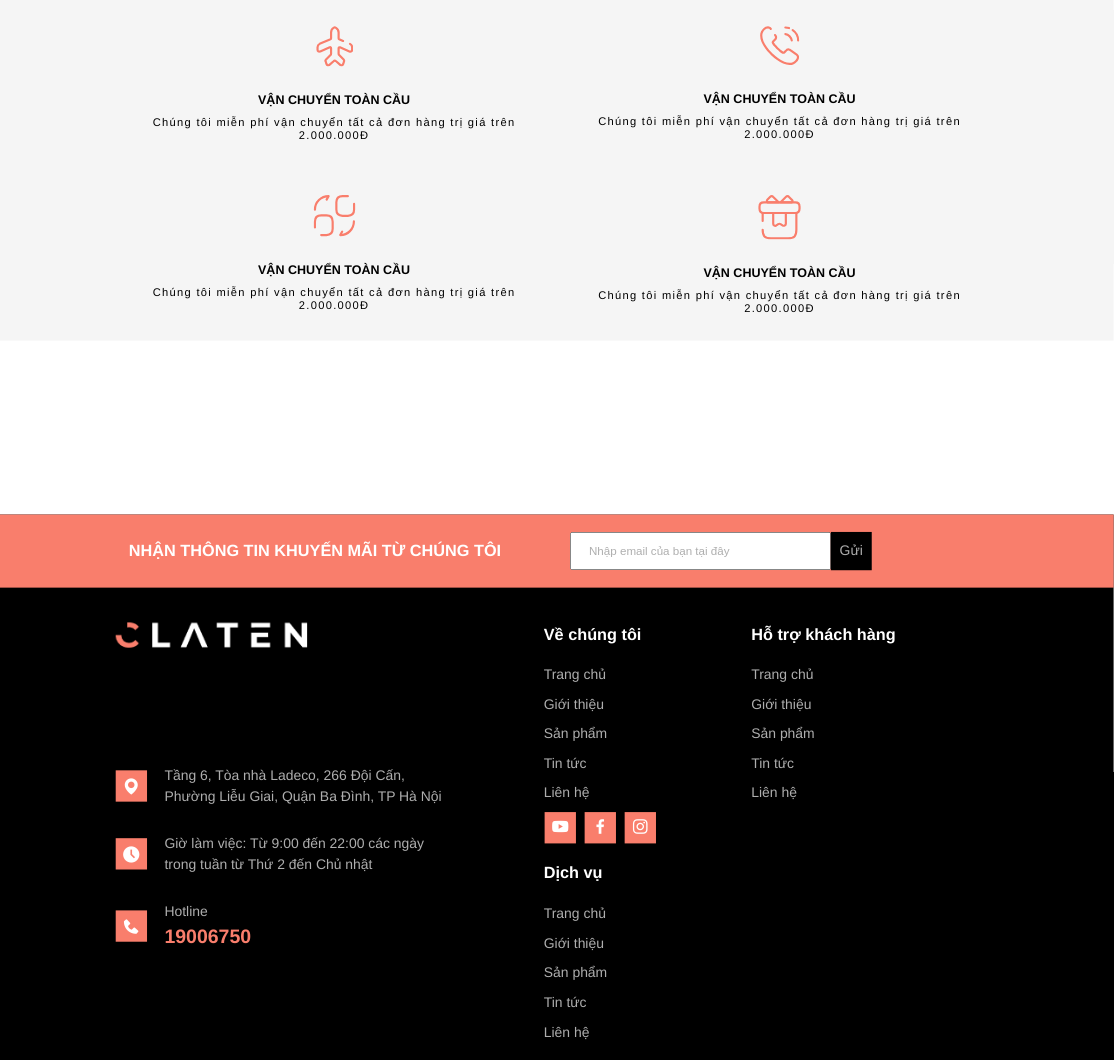
Repository: RennoPMXK/doan
Page: index.html
These files come from the project's save history. The page is drawn as it stood at one moment and after the next save; the edit follows.
The browser window is 1280 px wide. The pictures show the part of the page from y = 573 to 1792 px (the page is 1792 px tall), at 87% of full size.

Above is the page before, as saved 2021-11-16 20:05:34.

### index.html
<!DOCTYPE html>
<html lang="en">
<head>
    <meta charset="UTF-8">
    <meta http-equiv="X-UA-Compatible" content="IE=edge">
    <meta name="viewport" content="width=device-width, initial-scale=1.0">
    <title>Document</title>
    <link rel="stylesheet" href="./grid.css">
    <link rel="stylesheet" href="./style.css">
    <link rel="stylesheet" href="./responsible.css">
    <link href='https://unpkg.com/boxicons@2.0.9/css/boxicons.min.css' rel='stylesheet'>
</head>
<body>
    <div class="navbar">
        <div class="navbar-wrapper">
            <a class="logo">
                <img src="./img/logo.png" alt="">
            </a>

            <div class="navbar-menu mobile-menu">
                <i class='bx bx-x mobile-close-icon'></i>
                <li class="navbar-menu-item"><a class = 'active' href="#">Trang chủ</a></li>
                <li class="navbar-menu-item"><a href="#">Giới thiệu</a></li>
                <li class="navbar-menu-item"><a href="#">Sản phẩm <i class='bx bxs-down-arrow navbar-menu-icon'></i></a>
                    <ul class="navbar-sub-menu">
                        <li class="navbar-sub-menu-item"><a href="">Đồng hồ nam</a></li>
                        <li class="navbar-sub-menu-item"><a href="">Đồng hồ nữ</a></li>
                        <li class="navbar-sub-menu-item"><a href="">Đồng hồ mới về</a></li>
                        <li class="navbar-sub-menu-item"><a href="">Phụ kiện nam</a></li>
                        <li class="navbar-sub-menu-item"><a href="">Phụ kiện nữ</a></li>
                    </ul>
                </li>
                <li class="navbar-menu-item"><a href="#">Tin tức</a></li>
                <li class="navbar-menu-item"><a href="#">Liên hệ</a></li>
            </div>

            <div class="navbar-icon">
                 <li class="navbar-icon-item"><a href=""><i class='bx bx-search-alt'></i></a></li>
                 <li class="navbar-icon-item"><a href=""><i class='bx bx-user'></i></a></li>
                 <li class="navbar-icon-item"><a href="#"><i class='bx bx-shopping-bag bx-tada ' ></i></a></li>
                 <li class="navbar-icon-item"><a href="#"><i class='bx bx-menu-alt-right menu-icon'></i></a></li>

            </div>
        </div>
        <div class="modal"></div>
    </div>

    <section class="hero-section">

             <div class="bgimg slide-item fade" style="background-image: url(./img/1a\(32\).jpg)">
                 <div class="caption">
                     <h2 class="top-down delay-2">
                        ĐỒNG HỒ ROLEX

                     </h2>

                     <p class="top-down delay-4">
                       Lorem ipsum dolor sit amet consectetur adipisicing elit. Aut eligendi voluptates enim tempora cupiditate ex minus aperiam impedit maxime nam. Sunt neque amet veniam vitae adipisci impedit aliquam officia hic.
                     </p>

                     <button class="top-down delay-6">
                         MUA NGAY
                     </button>
                 </div>

             </div>


             <div class="bgimg slide-item fade" style="background-image: url(./img/dong-ho-thoi-trang-rolex-banner.jpg)">
                <div class="caption">
                    <h2>
                        ĐỒNG HỒ ROLEX
                    </h2>

                    <p>
                        Lorem ipsum dolor sit amet consectetur adipisicing elit. Aut eligendi voluptates enim tempora cupiditate ex minus aperiam impedit maxime nam. Sunt neque amet veniam vitae adipisci impedit aliquam officia hic.
                    </p>

                    <button>
                        MUA NGAY
                    </button>
                </div>

             </div>


             <div class="bgimg slide-item fade" style="background-image: url(./img/Banchay_Longines_banner-1024x427.jpg)">
                <div class="caption">
                    <h2>
                        ĐỒNG HỒ ROLEX
                    </h2>

                    <p>
                        Lorem ipsum dolor sit amet consectetur adipisicing elit. Aut eligendi voluptates enim tempora cupiditate ex minus aperiam impedit maxime nam. Sunt neque amet veniam vitae adipisci impedit aliquam officia hic.
                    </p>

                    <button>
                        MUA NGAY
                    </button>
                </div>

             </div>


             <div class="slide-control">
                <div class="slide-control-wrapper">
                    <span class="dot" onclick="chooseSlide(0)"></span>
                    <span class="dot"  onclick="chooseSlide(1)"></span>
                    <span class="dot" onclick="chooseSlide(2)" ></span>

                </div>
             </div>

    </section>

    <section class="hero-section-mini ">
        <div class="container row">
            <div class="hero-section-mini-item col-3 col-md-6 col-sm-6">
                <img src="./img/icon_service_1.svg" alt="">
                 <h3>VẬN CHUYỂN TOÀN CẦU</h3>
                 <p>Chúng tôi miễn phí vận chuyển tất cả đơn hàng trị giá trên 2.000.000Đ</p>
            </div>

            <div class="hero-section-mini-item col-3 col-md-6 col-sm-6">
               <img src="./img/icon_service_2.svg" alt="">
                <h3>VẬN CHUYỂN TOÀN CẦU</h3>
                <p>Chúng tôi miễn phí vận chuyển tất cả đơn hàng trị giá trên 2.000.000Đ</p>
           </div>

           <div class="hero-section-mini-item col-3 col-md-6 col-sm-6">
               <img src="./img/icon_service_3.svg" alt="">
                <h3>VẬN CHUYỂN TOÀN CẦU</h3>
                <p>Chúng tôi miễn phí vận chuyển tất cả đơn hàng trị giá trên 2.000.000Đ</p>
           </div>

           <div class="hero-section-mini-item col-3 col-md-6 col-sm-6">
               <img src="./img/icon_service_4.svg" alt="">
                <h3>VẬN CHUYỂN TOÀN CẦU</h3>
                <p>Chúng tôi miễn phí vận chuyển tất cả đơn hàng trị giá trên 2.000.000Đ</p>
           </div>

        </div>
    </section>

    <div class="footer">
        <div class="footer-contact">
            <div class="container">
                <div class= "footer-contact-content row">
                    <h3 class="col-6 col-md-6 col-sm-12">NHẬN THÔNG TIN KHUYẾN MÃI TỪ CHÚNG TÔI</h3>
                    <div class="form col-6 col-md-6 col-sm-12">
                        <input type="text" placeholder="Nhập email của bạn tại đây"><a href="">Gửi</a></input>

                    </div>

                </div>

            </div>

         </div>
        <div class="container">

            <div class="wrapper row ">
                <div class="footer-logo row col-5 col-md-6 col-sm-12">
                    <a class="footer-img">
                        <img src="./img/logo.png" alt="">
                    </a>

                    <ul class="footer-des">
                           <li class="footes-des-item">
                               <div class="footer-des-icon">
                                    <i class='bx bxs-map'></i>
                               </div>
                               <p>Tầng 6, Tòa nhà Ladeco, 266 Đội Cấn,<br> Phường Liễu Giai, Quận Ba Đình, TP Hà Nội</p>
                           </li>
                           <li class="footes-des-item">
                                <div class="footer-des-icon">
                                    <i class='bx bxs-time-five' ></i>
                                </div>
                               <p>Giờ làm việc: Từ 9:00 đến 22:00 các ngày <br>trong tuần từ Thứ 2 đến Chủ nhật</p>
                           </li>
                           <li class="footes-des-item">
                            <div class="footer-des-icon">
                                <i class='bx bxs-phone' ></i>
                             </div>
                               <p>Hotline<br>
                                   <span>19006750</span>
                               </p>
                           </li>
                    </ul>
                </div>

                <div class="footer-menu row col-7 col-md-6 col-sm-12">
                     <div class="footer-menu-item col-4 col-md-6 col-sm-12">
                         <h3>Về chúng tôi</h3>
                         <ul>
                            <li><a href="">Trang chủ</a></li>
                            <li><a href="">Giới thiệu</a></li>
                            <li><a href="">Sản phẩm</a></li>
                            <li><a href="">Tin tức</a></li>
                            <li><a href="">Liên hệ</a></li>
                         </ul>

                         <div class="footer-social">
                            <li><a href=""><i class='bx bxl-youtube' ></i></a></li>
                            <li><a href=""><i class='bx bxl-facebook' ></i></a></li>
                            <li><a href=""><i class='bx bxl-instagram' ></i></a></li>
                       </div>
                     </div>

                     <div class="footer-menu-item col-4 col-md-6 col-sm-12">
                        <h3>Hỗ trợ khách hàng</h3>
                        <ul>
                           <li><a href="">Trang chủ</a></li>
                           <li><a href="">Giới thiệu</a></li>
                           <li><a href="">Sản phẩm</a></li>
                           <li><a href="">Tin tức</a></li>
                           <li><a href="">Liên hệ</a></li>
                        </ul>
                    </div>

                    <div class="footer-menu-item col-4 col-md-6 col-sm-12">
                        <h3>Dịch vụ</h3>
                        <ul>
                           <li><a href="">Trang chủ</a></li>
                           <li><a href="">Giới thiệu</a></li>
                           <li><a href="">Sản phẩm</a></li>
                           <li><a href="">Tin tức</a></li>
                           <li><a href="">Liên hệ</a></li>
                        </ul>
                    </div>



                </div>


            </div>
        </div>
    </div>


    <script src="./app.js"></script>
</body>
</html>

### grid.css
.row {
    display: flex;
    flex-wrap: wrap;
    margin: 0 -15px;
}

[class*="col-"] {
    padding: 0 15px;
}

.col-1 {
    width: 8.33%;
}

.col-2 {
    width: 16.66%;
}

.col-3 {
    width: 25%;
}

.col-4 {
    width: 33.33%;
}

.col-5 {
    width: 41.66%;
}

.col-6 {
    width: 50%;
}

.col-7 {
    width: 58.33%;
}

.col-8 {
    width: 66.66%;
}

.col-9 {
    width: 75%;
}

.col-10 {
    width: 83.33%;
}

.col-11 {
    width: 91.66%;
}

.col-12 {
    width: 100%;
}

/* MEDIUM SCREEN */

@media only screen and (max-width: 1280px) {
    .col-md-1 {
        width: 8.33%;
    }

    .col-md-2 {
        width: 16.66%;
    }

    .col-md-3 {
        width: 25%;
    }

    .col-md-4 {
        width: 33.33%;
    }

    .col-md-5 {
        width: 41.66%;
    }

    .col-md-6 {
        width: 50%;
    }

    .col-md-7 {
        width: 58.33%;
    }

    .col-md-8 {
        width: 66.66%;
    }

    .col-md-9 {
        width: 75%;
    }

    .col-md-10 {
        width: 83.33%;
    }

    .col-md-11 {
        width: 91.66%;
    }

    .col-md-12 {
        width: 100%;
    }
}

/* SMALL SCREEN */

@media only screen and (max-width: 850px) {
    .col-sm-1 {
        width: 8.33%;
    }

    .col-sm-2 {
        width: 16.66%;
    }

    .col-sm-3 {
        width: 25%;
    }

    .col-sm-4 {
        width: 33.33%;
    }

    .col-sm-5 {
        width: 41.66%;
    }

    .col-sm-6 {
        width: 50%;
    }

    .col-sm-7 {
        width: 58.33%;
    }

    .col-sm-8 {
        width: 66.66%;
    }

    .col-sm-9 {
        width: 75%;
    }

    .col-sm-10 {
        width: 83.33%;
    }

    .col-sm-11 {
        width: 91.66%;
    }

    .col-sm-12 {
        width: 100%;
    }
}

### style.css
:root {
    --orangeprime : #F97E6C;
    --blackrgba : rgba(0, 0, 0, 0.945);
    --footer-color : #AEAEAE;
    --mini-hero-color : #f5f5f5;
}

html {
box-sizing: border-box;
}
*{
margin: 0;
padding: 0;
}
*,*:before,*:after {
box-sizing: border-box;
}
input,
textarea,
select,
button{
outline: none;
}
input{
line-height: normal;
}
label,
button{
cursor: pointer;
}
a {
text-decoration: none;

}
img {
display: block;

}

ul{
    list-style-type: none;
}

body {
    font-family: Montserrat,"Helvetica Neue",Helvetica;
}

span {
    color: var(--orangeprime);
    cursor: pointer;
    transition : all 0.3s linear;
    font-size: 1.4rem;
    font-weight: bold;
}

span:hover {
    color : white
}

li {
    list-style-type: none;
}

.container {
    margin : 0 auto;
    padding: 0 10%;
}
/* navbar */

.navbar {
    background-color: black;
    position: relative;

}

.navbar-wrapper {
   padding : 20px 0px;
   display: flex;
   align-items: center;
   justify-content: space-evenly;
}

.navbar-menu {
    display: flex;
    list-style-type: none;
}

.navbar-menu-icon {
    font-size: 0.5rem;
    transform: translateY(-2.5px);
    transition : 0.2s linear;
}

.navbar-menu-icon{
    transition: 0.2s ease-in-out;
}

.navbar-menu-icon.active {
    transform: rotate(-180deg);
}

.navbar-menu-item {
    position: relative;
}

.navbar-menu-item a.active {
    color: var(--orangeprime);
}

.navbar-menu-item ~ .navbar-menu-item {
    margin-left: 30px;
}

.navbar-menu-item a {
    color: white;
    font-size: 1rem;
    transition: 0.2s ease-in-out;
    letter-spacing: 1px;
}


.navbar-menu-item a:hover {
    color : var(--orangeprime);
}

.navbar-menu-item:nth-child(3) {
    position: relative;
}



.navbar-sub-menu{
    width: 150px;
    position: absolute;
    list-style-type: none;
    padding : 20px;
    background-color: var(--blackrgba);
    top: 30px;
    z-index: 100;
    display : none;
    transition: all 0.2s ease-in-out;
}


.navbar-menu-item:active .navbar-sub-menu {
    display : block;
    top: 30px;
}




.navbar-sub-menu-item {
   margin : 10px 0;
}

.navbar-sub-menu.active {
    display : block;
}

.navbar-sub-menu-item a {
    font-size: 0.8rem;
    letter-spacing: 1.2px;
}

.navbar-icon {
    display: flex;
    list-style-type: none;
}

.navbar-icon-item ~ .navbar-icon-item {
    margin-left: 25px;
}

.navbar-icon-item a {
    color : white;
    font-size: 1.5rem;
    transition: 0.2s ease-in-out;
}

.navbar-icon-item a:hover {
    color : var(--orangeprime);
}

.navbar-icon-item:last-child {
    display: none;
}

.mobile-close-icon {
    display: none;
}

/* section-hero */

.hero-section {
    position: relative;
    height: 70vh;
}


.bgimg {
    height: 100%;
    position: relative;
    background-position: center;
    background-repeat: no-repeat;
    background-size: cover;
    display: flex;
}

.bgimg::after {
    content : '\A';
    position : absolute;
    width: 100%;
    height : 100%;
    top: 0;
    left : 0;
    background-color: rgba(0, 0, 0, 0.8);
}

.caption {
    position: absolute;
    top: 48%;
    left: 25%;
    transform: translate(-50% , -50%) ;
    text-align: left;
    z-index: 10;
    width: 34.7%;
}

.caption h2 {
    line-height: 1.5;
    color: white;
    margin-bottom: 20px;
    text-transform: uppercase;
    font-size: 2.1rem;
    letter-spacing: 1.2px;
}

.caption p {
    text-align: left;
    color : white;
    font-size: 1.2rem;
    letter-spacing: 1.2px;
    line-height: 1.5;
}

.caption button {
    background-color: white;
    border: 1px solid  transparent;
    color : red;
    padding : 10px 40px;
    font-size: 16px;
    font-weight: bold;
    text-transform: uppercase;
    margin-top: 30px;
    transition : background-color 0.5s ease , color 0.5s ease , width 0.6s;
}

.caption button:hover {
    color : white;
    cursor: pointer;
    background-color:  red;
}

.caption button:focus {
    outline : none;
}

.dot {
    cursor: pointer;
    height: 10px;
    width: 10px;
    margin: 0 2px;
    background-color: white;
    border-radius: 5px;
    display: inline-block;
}

.dot:hover {
    background-color: red;
}

.dot.active {
    background-color: red;
    width: 30px;
}

.slide-control {
    position: absolute;
    left: 50%;
    transform : translateX(-50%);
    bottom: 20px;
    width: 10px;
    text-align: center;
}

.slide-control-wrapper{
    display: inline-flex;
}

.slide-item {
    display: none;
}


.top-down {
    transform: translateY(-50px);
    visibility: hidden;
    opacity: 0;
    transition: 0.5s ease-in-out ;
}

.delay-2 {
    transition-delay: 0.2s;
}

.delay-4 {
    transition-delay: 0.4s;
}


.delay-6 {
    transition-delay: 0.6s;
}


.delay-8 {
    transition-delay: 0.8s;
}

.slide-item.active .top-down{
    transform: translateY(0);
    visibility: visible;
    opacity: 1;
}

/* mini hero section */

.hero-section-mini{
   background-color: var(--mini-hero-color);
}

.hero-section-mini-item {
    display: flex;
    padding: 30px;
    gap: 10px;
    flex-direction:column;
    align-items: center;
    text-align: center;
}

.hero-section-mini-item img {
    margin-bottom: 20px;
    transition: 0.3s linear;
}

.hero-section-mini-item:hover img {
    transform: translateY(-10px);
}

.hero-section-mini-item h3 {
   font-size: 0.9rem;
}

.hero-section-mini-item p {
   font-size: 0.8rem;
   line-height: 1.2;
   letter-spacing: 1.5px;
}
/* footer */
.footer {
    color: var(--footer-color);
    margin-top: 200px;
    background-color: black;
    line-height: 1.5;
}

.footer-contact {
    background-color: var(--orangeprime);


}

.footer-contact h3 {
  color :white;
}

.footer-contact-content {
    padding : 20px;
    display: flex;
    justify-content: space-around;
    align-items: center;
    flex-wrap: wrap;
}

.form input {
    padding: 10px 20px;
    width: 300px;
}

.form a {
    padding: 10px;
    background-color: black;
    color : white;
}

.form {
    display: flex;
    flex-wrap: nowrap;
}

::placeholder {
    color: var(--footer-color);
}

.footer a {
    color: var(--footer-color);
    transition : 0.3s linear;
}

.footer a:hover {
    color: var(--orangeprime);
}

.footer-menu h3 {
    margin-top: 20px;
    color : white;
    margin-bottom: 20px;
}

.wrapper {
    padding: 20px;
    position: relative;
}


.footes-des-item {
    margin-top: 30px;
    display : flex;
    align-items: center;
}

.footer-des-icon {
    display : flex;
    align-items: center;
    justify-content:center;
    width: 36px;
    height : 36px;
    background-color: var(--orangeprime);
    margin-right: 20px;
}

.footer-des-icon i {
    font-size: 1.4rem;
    color : white;

}


.footer-menu-item li {
    margin-top: 10px;
}

.footer-social {
    display : flex;
    transform: translateX(-9px);
}

.footer-img{
    margin-top: 20px;
}

.footer-social li  {
    display : flex;
    align-items: center;
    justify-content:center;
    text-align: center;
    margin-left: 10px;
    width: 36px;
    height : 36px;
    background-color: var(--orangeprime);
}

.footer-social li a {
   color : white;
   font-size: 1.4rem;
}

.footer-social li:hover a {
    color : white;
 }

 /* fade animation */

 .fade {
     animation-name: fade;
     animation-duration: 1s;
     -webkit-animation-name: fade;
     -webkit-animation-duration: 1s;
 }

 @keyframes fade {
     from { opacity: 0.4
    } to {
        opacity: 1
    }
 }

 @-webkit-keyframes fade {
    from { opacity: 0.4
   } to {
       opacity: 1
   }
}

### responsible.css


/* Tablet */

@media only screen and (max-width: 1024px){
   .navbar-menu {
       display: none;

   }

   .navbar-wrapper {
        justify-content: space-around;
   }


   .navbar-icon-item:last-child {
        display: block;
   }


   .navbar-menu {
    padding : 20px;
    width: 40vw;
    background-color: black;
    display: block;
    position: fixed;
    top: 60px;
    left: 0;
    height: 100vh;
    min-width: 300px;
}

    .navbar-menu-item {
        margin-left: 30px;
        padding: 20px;
    }

    .navbar-sub-menu{
        position: initial;
    }


    .mobile-menu {
        transform : translateX(-100%);
        transition: 0.4s ease-in-out;
        z-index: 100;
    }

    .mobile-menu.active {
        transform : translateX(0);
    }

    .modal {
        display: none;
        position: fixed;
        top: 0;
        bottom: 0;
        right: 0;
        left: 0;
        background-color: rgba(14, 13, 13, 0.6);
    }

    .modal.active {
        display : block
    }

    .mobile-close-icon {
        cursor: pointer;
        font-size: 1.5rem;
        display: block;
        color: white;
        position: absolute;
        top: 5px;
        right:10px;
    }


}


/* Mobile */

@media only screen and (max-width: 740px) {
  .logo img{
      height: 15px;
      transform: translateY(-9px);
  }

  .navbar-icon-item a {
    color : white;
    font-size: 1.2rem;
    transition: 0.2s ease-in-out;
  }

  .navbar-icon-item a:hover {
    color : white;
  }

  .caption {
      width: 40%;
      text-align: left;
  }

  .caption h2 {
      font-size: 1.8rem;
  }

  .caption p {
      font-size: 0.9rem;
  }

  .caption button {
      font-size: 0.8rem;
      width: 100%;

  }

}

### app.js
// Menu effect

var navbarItem= document.querySelectorAll('.navbar-menu-item a')
var subMenu= document.querySelector('.navbar-sub-menu')
var iconmenu = document.querySelector('.navbar-menu-item i')
var menuMobie = document.querySelector('.menu-icon')
var overlayMenu = document.querySelector('.mobile-menu')
var modal = document.querySelector('.modal')
var closeMobile = document.querySelector('.mobile-close-icon')
console.log(navbarItem[2])
navbarItem[2].addEventListener('click', function(){
  subMenu.classList.toggle('active');
  iconmenu.classList.toggle('active');
})

menuMobie.addEventListener("click" , function(){
   overlayMenu.classList.add('active');
   modal.classList.add('active');
})

closeMobile.addEventListener('click', function(){
    overlayMenu.classList.remove('active');
    modal.classList.remove('active');
})

navbarItem.forEach(function(item , index){
  item.onclick = function(){
    document.querySelector('.navbar-menu-item a.active').classList.remove('active');
    this.classList.add('active')
  }
})

const $ = document.querySelector.bind(document)
const $$ = document.querySelectorAll.bind(document)

var tabs = $$('.tab-item');


var panes = $$('.tab-pane');


// tab-active
tabs.forEach(function(tab, index){
    tab.onclick = function(){
        document.querySelector('.tab-item.active').classList.remove('active')
        this.classList.add('active')
        document.querySelector('.tab-pane.active').classList.remove('active')
        panes[index].classList.add('active')
    }
})

// hero-slide
var slideIndex = 0;
showSlide();

var timer = setInterval(showSlide, 3000);
var slideContainer = document.querySelector('.hero-section')
var slideControl = document.querySelector('.slide-control')

slideContainer.onmouseover = function(){
  clearInterval(timer);
}

slideControl.onmouseover = function(){
  clearInterval(timer);
}

slideContainer.onmouseleave = function(){
  timer = setInterval(showSlide,3000);
}

slideControl.onmouseleave = function(){
  timer = setInterval(showSlide, 3000);
}

function showSlide(){

   var slides = document.querySelectorAll('.slide-item');
   var dots = document.querySelectorAll(".dot");

   slides.forEach(function(slide , index){
      slides[index].style.display = 'none'
      slides[index].classList.remove('active')
   })

   dots.forEach(function(dot,index){
     dots[index].classList.remove("active");
   })

   slideIndex++;
   if(slideIndex > slides.length) slideIndex = 1;
   slides[slideIndex-1].style.display = "block";
   slides[slideIndex-1].classList.add('active')
   dots[slideIndex-1].classList.add("active");
}

function chooseSlide(n){
  slideIndex = n;
  showSlide();
  clearInterval(timer);
}

After the next save:
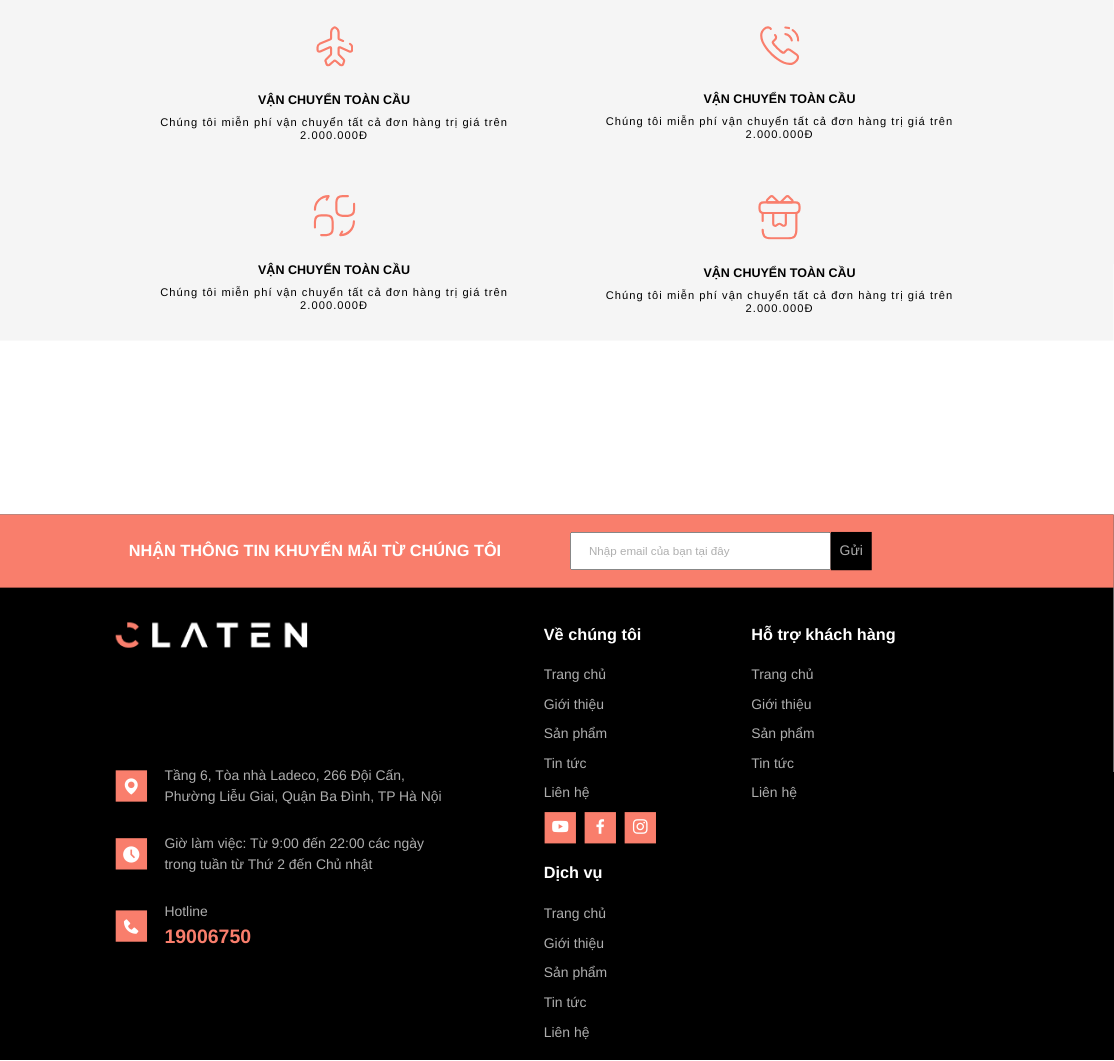
Saved 6 s later.
--- a/style.css
+++ b/style.css
@@ -365,7 +365,7 @@ li {
 .hero-section-mini-item p {
    font-size: 0.8rem;
    line-height: 1.2;
-   letter-spacing: 1.5px;
+   letter-spacing: 1.2px;
 }
 /* footer */
 .footer {
